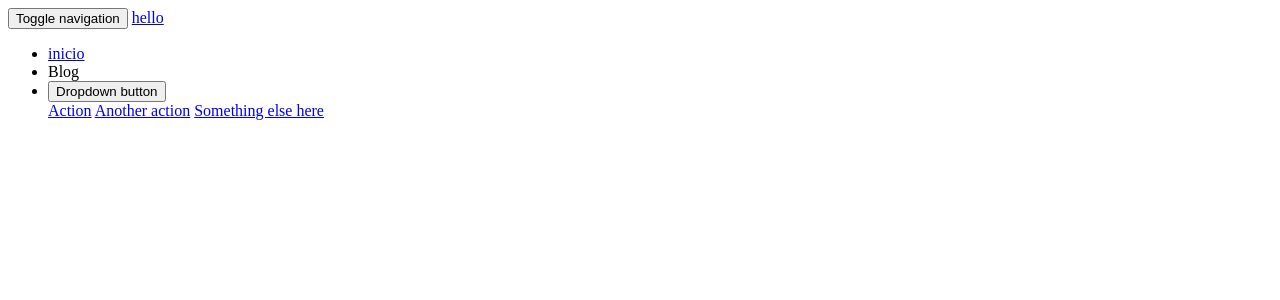
Repository: anamariagr/hello-blog
Page: hello_blog_angular/app/views/menu.html
An editor plug-in stored every save of this project. The page is shown before and after the next save, followed by the edit.
The browser window is 1280 px wide. The pictures show the whole page.

Above is the page before, as saved 2021-12-16 18:56:32.

### hello_blog_angular/app/views/menu.html

  <div class="header" ng-controller = "MenuCtrl as menu">

    <div class="navbar navbar-default" role="navigation">
      <div class="container">
        <div class="navbar-header">

          <button type="button" class="navbar-toggle collapsed" data-toggle="collapse" data-target="#js-navbar-collapse">
            <span class="sr-only">Toggle navigation</span>
            <span class="icon-bar"></span>
            <span class="icon-bar"></span>
            <span class="icon-bar"></span>
          </button>

          <a class="navbar-brand" href="#/">hello</a>
        </div>

        <div class="collapse navbar-collapse" id="js-navbar-collapse">

          <ul class="nav navbar-nav">
            <li ng-class="{active : menu.isActive('/')}"><a href="#!/">inicio</a></li>
            <li ng-class="{active : menu.isActive('/about')}"><a ng-href="#!/about">Blog</a></li>
            <li>
              <div class="dropdown">
                <button class="btn btn-secondary dropdown-toggle" type="button" id="dropdownMenuButton" data-toggle="dropdown" aria-haspopup="true" aria-expanded="false">
                  Dropdown button
                </button>
                <div class="dropdown-menu" aria-labelledby="dropdownMenuButton">
                  <a class="dropdown-item" href="#">Action</a>
                  <a class="dropdown-item" href="#">Another action</a>
                  <a class="dropdown-item" href="#">Something else here</a>
                </div>
              </div>
            </li>
          </ul>


        </div>
      </div>
    </div>

</div>

After the next save:
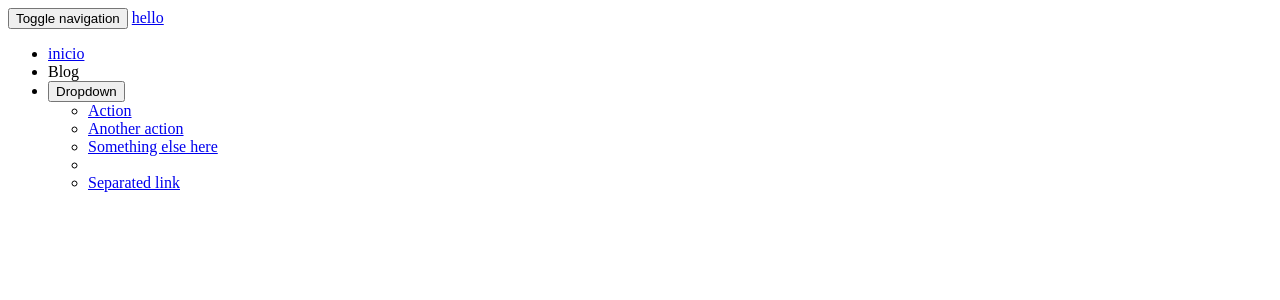
Saved 40 s later.
--- a/hello_blog_angular/app/views/menu.html
+++ b/hello_blog_angular/app/views/menu.html
@@ -22,14 +22,17 @@
             <li ng-class="{active : menu.isActive('/about')}"><a ng-href="#!/about">Blog</a></li>
             <li>
               <div class="dropdown">
-                <button class="btn btn-secondary dropdown-toggle" type="button" id="dropdownMenuButton" data-toggle="dropdown" aria-haspopup="true" aria-expanded="false">
-                  Dropdown button
+                <button class="btn btn-default dropdown-toggle" type="button" id="dropdownMenu1" data-toggle="dropdown" aria-haspopup="true" aria-expanded="true">
+                  Dropdown
+                  <span class="caret"></span>
                 </button>
-                <div class="dropdown-menu" aria-labelledby="dropdownMenuButton">
-                  <a class="dropdown-item" href="#">Action</a>
-                  <a class="dropdown-item" href="#">Another action</a>
-                  <a class="dropdown-item" href="#">Something else here</a>
-                </div>
+                <ul class="dropdown-menu" aria-labelledby="dropdownMenu1">
+                  <li><a href="#">Action</a></li>
+                  <li><a href="#">Another action</a></li>
+                  <li><a href="#">Something else here</a></li>
+                  <li role="separator" class="divider"></li>
+                  <li><a href="#">Separated link</a></li>
+                </ul>
               </div>
             </li>
           </ul>
